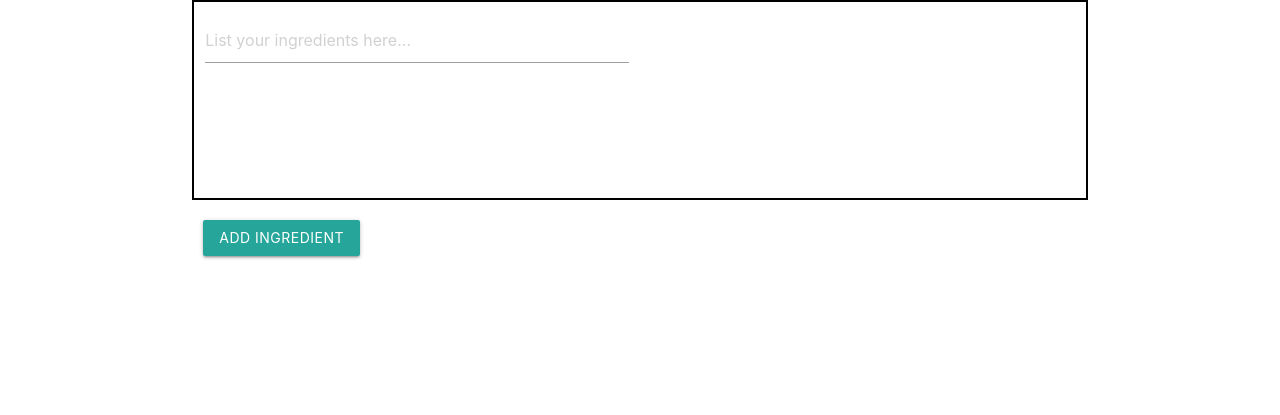
Repository: Aaron-R-Carter/Project1
Page: prototype.html
An editor plug-in stored every save of this project. The page is shown before and after the next save, followed by the edit.
The browser window is 1280 px wide. The pictures show the whole page.

Above is the page before, as saved 2019-10-31 21:18:00.
Console error: SyntaxError: Unexpected token '<'

### prototype.html
<!DOCTYPE html>
<html>

<head>
    <!--Import Google Icon Font-->
    <link href="https://fonts.googleapis.com/icon?family=Material+Icons" rel="stylesheet">
    <!--Import materialize.css-->
    <link rel="stylesheet" href="https://cdnjs.cloudflare.com/ajax/libs/materialize/1.0.0/css/materialize.min.css">
    <link rel="stylesheet" href="./prototype.css">
    <!--Let browser know website is optimized for mobile-->
    <meta name="viewport" content="width=device-width, initial-scale=1.0" />

</head>

<body>

    <div class="container">
        <div id="form-page" class="row">

            <div class="input-field col s6">
                <input placeholder="List your ingredients here..." id="ingredients" type="text" class="validate">

            </div>

        </div>
            <form id="ingredient-add-btn" class="row">

                <!-- Button will trigger new ingredient to be added -->
                <div class="col s 12">
                    <input id="add " class="btn btn-primary mb-2" type="submit" value="add ingredient">
                </div>
            </form>

            <div id="ingredient-view-button"></div>

    </div>



    <script src="https://code.jquery.com/jquery-3.4.1.min.js"
        integrity="sha256-CSXorXvZcTkaix6Yvo6HppcZGetbYMGWSFlBw8HfCJo=" crossorigin="anonymous"></script>
    <script src="https://cdnjs.cloudflare.com/ajax/libs/materialize/1.0.0/js/materialize.min.js"></script>
    <script src="./script.js"></script>

</body>

</html>

### prototype.css
#form-page {
    width: 100%;
    height: 200px;
    border: 2px solid black;
}

#ingredient-input {
    width: 100%;
    height: 200px;
    border: 2px solid black;
}

### script.js

    <div id="left-box">
    <form id="ingredient-form">
        <label for="ingredient-input">List of Ingredients:</label>
        <br>
        <input type="text" id="ingredient-input" placeholder="Ingredients">

        <!-- Button will trigger new ingredients to be added -->
        <input id="add " class="btn btn-primary mb-2" type="submit" value="Add a zipcode">
    </form>

    <div id="zipcode-view"></div>
</div>

After the next save:
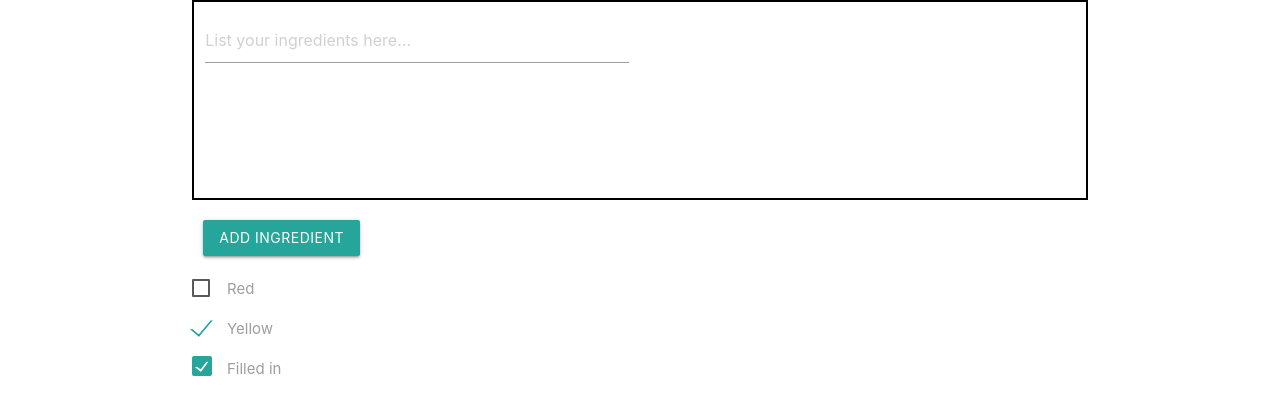
Saved 81 min 49 s later.
--- a/prototype.html
+++ b/prototype.html
@@ -31,6 +31,25 @@
                 </div>
             </form>
 
+            <form action="#">
+                    <p>
+                      <label>
+                        <input type="checkbox" />
+                        <span>Red</span>
+                      </label>
+                    </p>
+                    <p>
+                      <label>
+                        <input type="checkbox" checked="checked" />
+                        <span>Yellow</span>
+                      </label>
+                    </p>
+                    <p>
+                      <label>
+                        <input type="checkbox" class="filled-in" checked="checked" />
+                        <span>Filled in</span>
+                      </label>
+                    </p>
             <div id="ingredient-view-button"></div>
 
     </div>
